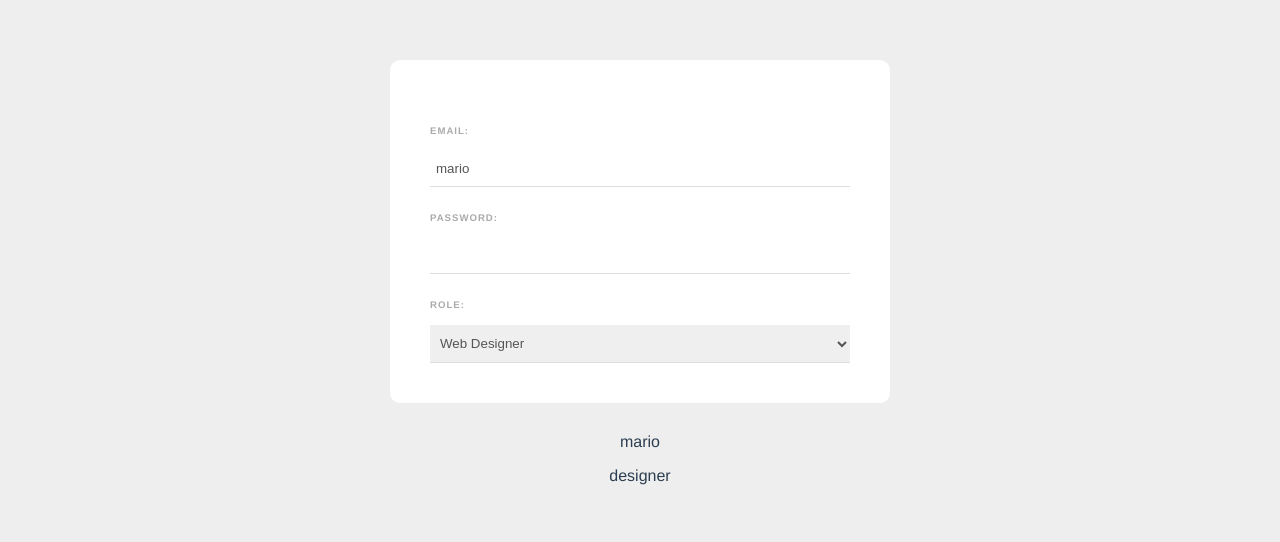
Repository: pin-seavmuy/Vue-Js
Page: /
The author's editor kept a copy of each file at every save. The page is drawn from the files as they stood at one save, then again after the next save.
The browser window is 1280 px wide. The pictures show the whole page.
The project was rebuilt for these pictures with package versions that can differ from the ones it lists, and the page was loaded fresh each time. Also part of the build but not shown: vue.config.js.

Above is the page before, as saved 2023-11-15 23:47:26.

### src/App.vue
<template>
  <SignupForm/>
</template>

<script>
import SignupForm from './components/SignupForm.vue'

export default {
  name: 'App',
  components: {
    SignupForm
  }
}
</script>

<style>
#app {
  font-family: Avenir, Helvetica, Arial, sans-serif;
  -webkit-font-smoothing: antialiased;
  -moz-osx-font-smoothing: grayscale;
  text-align: center;
  color: #2c3e50;
  margin-top: 60px;
}
body{
  margin: 0;
  background: #eee;

}
</style>

### src/components/SignupForm.vue
<template>
  <form>
    <label>Email:</label>
    <input type="email" required v-model="email">

    <label>Password:</label>
    <input type="password" required v-model="password">

        <label>Role:</label>
        <select v-model="role">
            <option value="developer">Web Developer</option>
            <option value="designer">Web Designer</option>
        </select>
  </form>

  <p>{{ email }}</p>
  <p>{{ password }}</p>
  <p>{{ role}}</p>
</template>

<script>
export default {
    data(){
        return{
            email: 'mario',
            password: '',
            role: 'designer'
        }
    },
    components: []
}
</script>

<style>
    form{
        max-width: 420px;
        margin: 30px auto;
        background: #fff;
        text-align: left;
        padding: 40px;
        border-radius: 10px;
    }
    label{
        color: #aaa;
        display: flex;
        margin: 25px 0 15px;
        font-size: 0.6em;
        text-transform: uppercase;
        letter-spacing: 1px;
        font-weight: bold;
    }
    input, select{
        display: block;
        padding: 10px 6px;
        width: 100%;
        box-sizing: border-box;
        border: none;
        border-bottom: 1px solid #ddd;
        color: #555;
    }
</style>

Loaded but not shown: public/index.html (common file); src/main.js (common file)

After the next save:
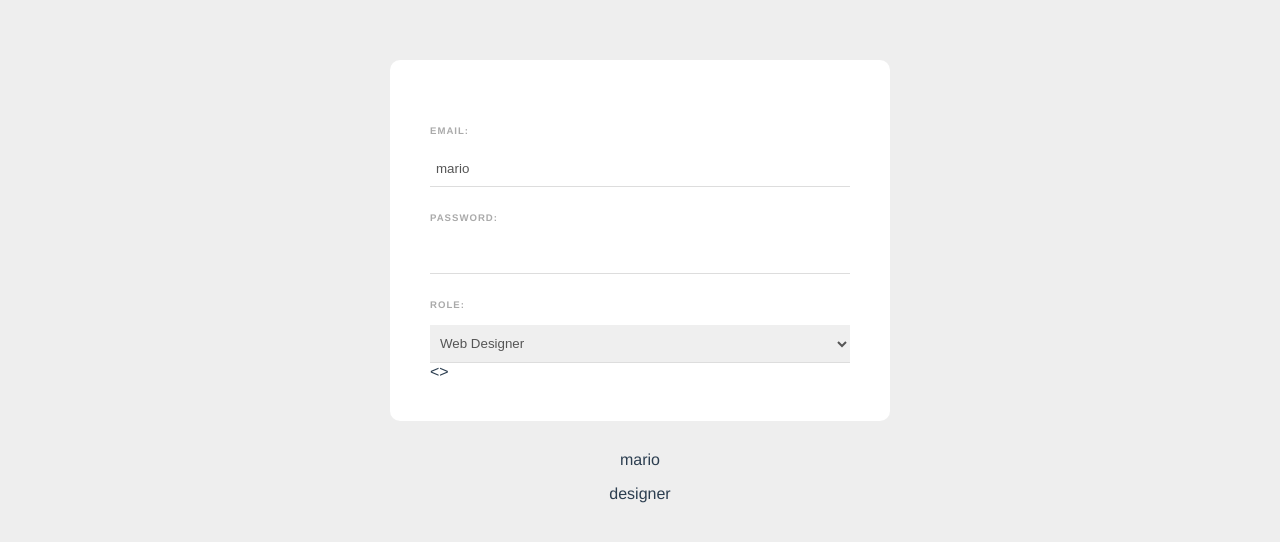
Saved 51 s later.
--- a/src/components/SignupForm.vue
+++ b/src/components/SignupForm.vue
@@ -11,6 +11,8 @@
             <option value="developer">Web Developer</option>
             <option value="designer">Web Designer</option>
         </select>
+
+        <>
   </form>
 
   <p>{{ email }}</p>

After the save that followed:
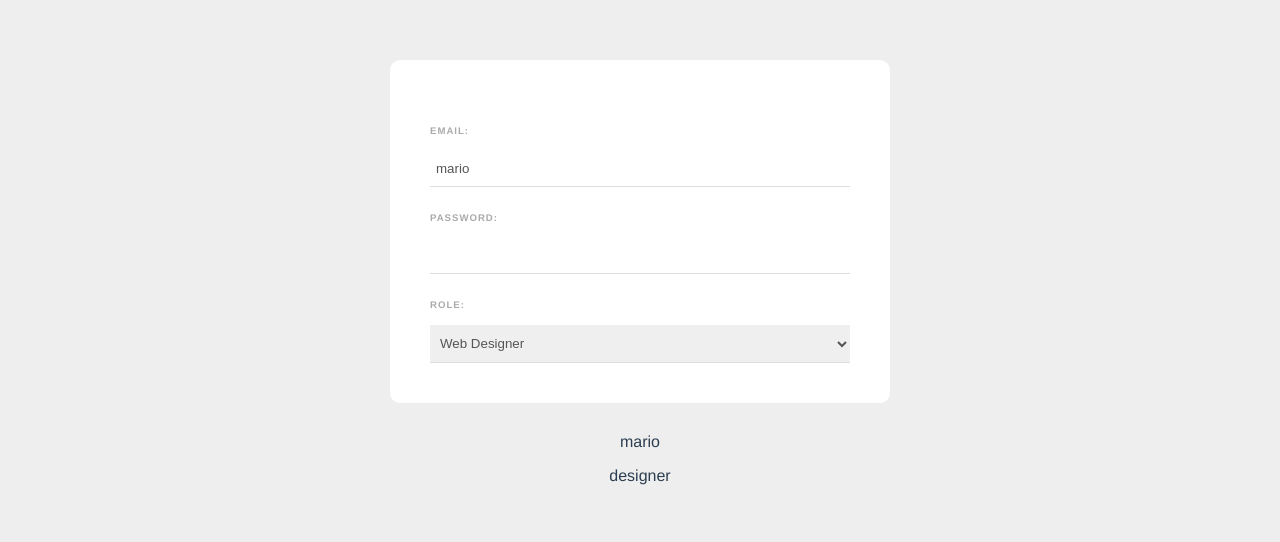
Saved 5 s later.
--- a/src/components/SignupForm.vue
+++ b/src/components/SignupForm.vue
@@ -12,7 +12,7 @@
             <option value="designer">Web Designer</option>
         </select>
 
-        <>
+        <div></div>
   </form>
 
   <p>{{ email }}</p>
